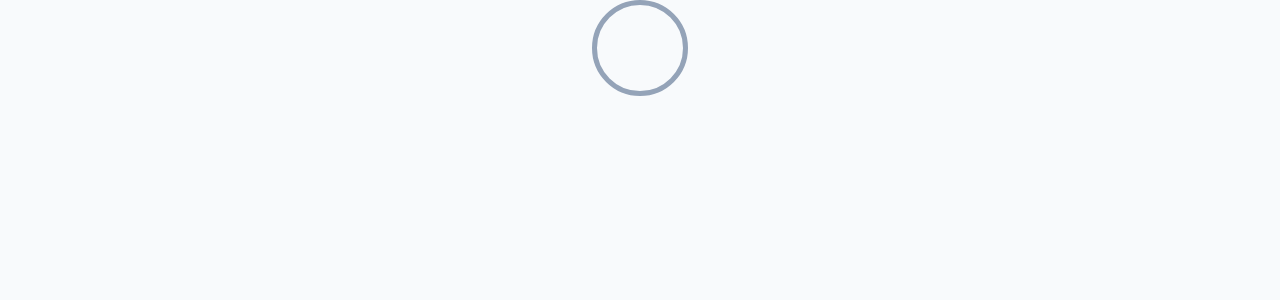
Repository: dydals3440/React-Projects
Page: / (app in 04-fundamental-projects/02-tours/starter/)
An editor plug-in stored every save of this project. The page is shown before and after the next save, followed by the edit.
The browser window is 1280 px wide. The pictures show the whole page.
The page's requests for data from a server got no answer. The project was rebuilt for these pictures with package versions that can differ from the ones it lists, and the page was loaded fresh each time. No one was signed in, and anything a server would have sent is missing. Also part of the build but not shown: 04-fundamental-projects/02-tours/starter/vite.config.js, 04-fundamental-projects/02-tours/starter/src/Tour.jsx, 04-fundamental-projects/02-tours/starter/src/Tours.jsx.

Above is the page before, as saved 2023-09-03 03:15:49.

After the next save:
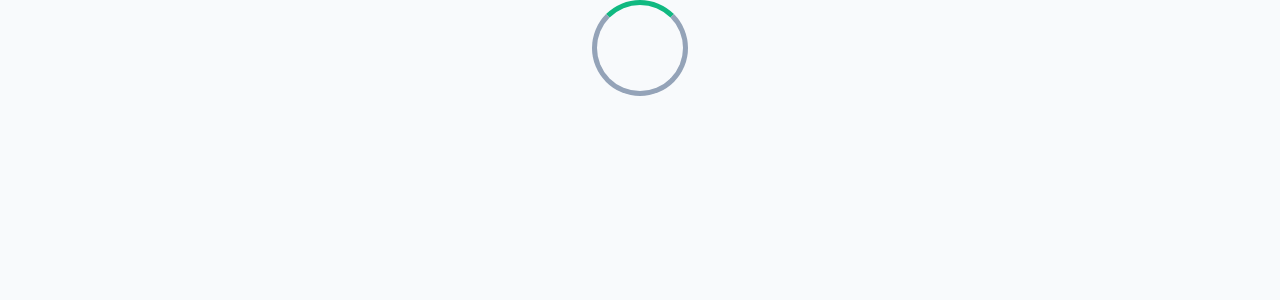
Saved 33 s later.
--- a/04-fundamental-projects/02-tours/starter/src/index.css
+++ b/04-fundamental-projects/02-tours/starter/src/index.css
@@ -244,4 +244,5 @@ ul {
   border: 5px solid var(--grey-400);
   border-radius: 50%;
   margin: 0 auto;
-}
+  border-top-color: var(--primary-500);
+}
